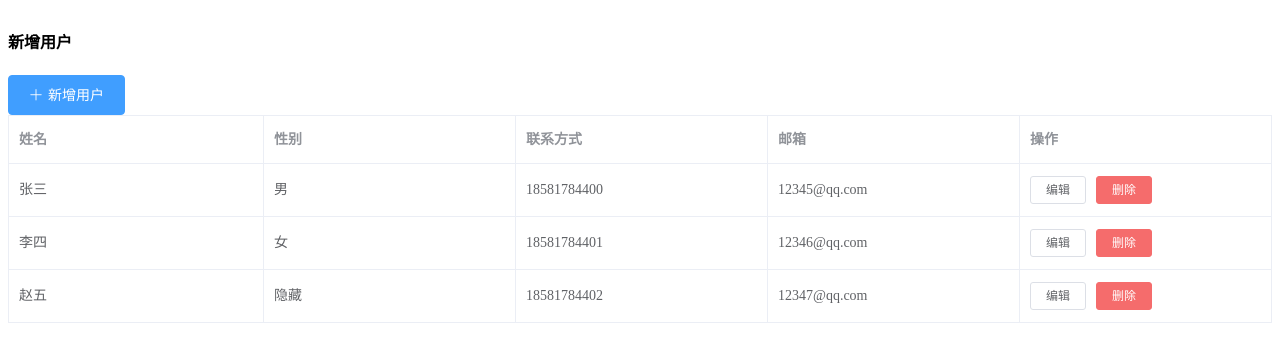
Repository: xinwuhao/New-user
Page: /
An editor plug-in stored every save of this project. The page is shown before and after the next save, followed by the edit.
The browser window is 1280 px wide. The pictures show the whole page.
The project was rebuilt for these pictures with package versions that can differ from the ones it lists, and the page was loaded fresh each time.

Above is the page before, as saved 2021-12-21 15:55:49.

### src/main.js
import Vue from 'vue'
import App from './App.vue'
import router from './router'
import store from './store'
import ElementUI from 'element-ui';
import 'element-ui/lib/theme-chalk/index.css';

Vue.use(ElementUI);
Vue.config.productionTip = false

new Vue({
  router,
  store,
  el: '#app',
  render: h => h(App)
}).$mount('#app')

### src/views/Home.vue
<template>
  <div class="container">
    <div class="content">
      <h4>新增用户</h4>
      <div>
        <el-button
          type="primary"
          icon="el-icon-plus"
          @click="dialogVisible = true"
          >新增用户</el-button
        >
        <el-dialog title="提示" :visible.sync="dialogVisible" width="30%">
          <el-form
            :model="ruleForm"
            :rules="rules"
            ref="ruleForm"
            label-width="100px"
            class="demo-ruleForm"
          >
            <el-form-item label="名称" prop="name">
              <el-input v-model="ruleForm.name"></el-input>
            </el-form-item>
            <el-form-item label="性别" prop="sex">
              <el-radio-group
                v-model="ruleForm.sex"
                v-for="(item, index) in sex"
                :key="index"
              >
                <el-radio :label="item" style="margin-right: 10px"></el-radio>
              </el-radio-group>
            </el-form-item>
            <el-form-item label="手机号码" prop="contact">
              <el-input v-model="ruleForm.contact"></el-input>
            </el-form-item>
            <el-form-item label="邮箱" prop="mailbox">
              <el-input v-model="ruleForm.mailbox"></el-input>
            </el-form-item>
            <el-form-item>
              <el-button type="primary" @click="submitForm('ruleForm')"
                >立即新增</el-button
              >
              <el-button @click="resetForm('ruleForm')">取消</el-button>
            </el-form-item>
          </el-form>
        </el-dialog>
      </div>
      <!-- 用户列表 -->
      <div>
        <el-table :data="list" border style="width: 100%">
          <el-table-column prop="name" label="姓名"> </el-table-column>
          <el-table-column prop="sex" label="性别"> </el-table-column>
          <el-table-column prop="contact" label="联系方式"> </el-table-column>
          <el-table-column prop="mailbox" label="邮箱"> </el-table-column>
          <el-table-column label="操作">
            <template slot-scope="scope">
              <el-button
                size="mini"
                @click="Edit(scope.$index, scope.row)"
                >编辑</el-button
              >
              <el-button
                size="mini"
                type="danger"
                @click="Delete(scope.$index, scope.row)"
                >删除</el-button
              >
            </template>
          </el-table-column>
        </el-table>
      </div>
    </div>
  </div>
</template>

<script>
//引入子组件

export default {
  name: "",
  props: {},
  data() {
    return {
      dialogVisible: false,
      list: [
        {
          name: "张三",
          sex: "男",
          contact: "18581784400",
          mailbox: "12345@qq.com",
        },
        {
          name: "李四",
          sex: "女",
          contact: "18581784401",
          mailbox: "12346@qq.com",
        },
        {
          name: "赵五",
          sex: "隐藏",
          contact: "18581784402",
          mailbox: "12347@qq.com",
        },
      ],
      sex: ["隐藏", "男", "女"],
      ruleForm: {
        name: "",
        sex: "",
        contact: "",
        mailbox: "",
      },
      rules: {
        name: [
          { required: true, message: "请输入用户名称", trigger: "blur" },
          { min: 1, max: 5, message: "长度在 1 到 5 个字符", trigger: "blur" },
        ],
        contact: [
          { required: true, message: "请输入手机号码", trigger: "blur" },
          { min: 11, max: 11, message: "输入的手机号码有误", trigger: "blur" },
          {
            pattern:
              /^(?:(?:\+|00)86)?1(?:(?:3[\d])|(?:4[5-79])|(?:5[0-35-9])|(?:6[5-7])|(?:7[0-8])|(?:8[\d])|(?:9[189]))\d{8}$/,
            message: "输入的手机号码有误",
            trigger: "blur",
          },
        ],
        mailbox: [
          { required: true, message: "请输入邮箱", trigger: "blur" },
          {
            pattern:
              /^(([^<>()[\]\\.,;:\s@"]+(\.[^<>()[\]\\.,;:\s@"]+)*)|(".+"))@((\[[0-9]{1,3}\.[0-9]{1,3}\.[0-9]{1,3}\.[0-9]{1,3}\])|(([a-zA-Z\-0-9]+\.)+[a-zA-Z]{2,}))$/,
            message: "输入的邮箱有误",
            trigger: "blur",
          },
        ],
        sex: [{ required: true, message: "性别", trigger: "change" }],
      },
    };
  },
  components: {},
  methods: {
    //表单创建按钮
    submitForm(formName) {
      this.$refs[formName].validate((valid) => {
        if (valid) {
          this.$message.success("新增成功");
          this.dialogVisible = false;
          this.list.unshift(this.ruleForm);
          console.log(this.list);
        } else {
          this.$message.error("您还有信息没有填写或者填写的信息有误");
          return false;
        }
      });
    },
    //表单取消按钮
    resetForm(formName) {
      this.$refs[formName].resetFields();
      this.dialogVisible = false;
    },
    //
  },
  mounted() {},
  computed: {},
  watch: {},
};
</script>

<style lang='scss' scoped>
.container {
  display: flex;
  justify-content: center;
}
.content {
  width: 1450px;
  /* 注意适配的宽度必须大于最小适配宽度 */
}
.flex {
  display: flex;
}
</style>

Loaded but not shown: public/index.html (common file); src/App.vue (common file); src/router/index.js (common file); src/store/index.js (common file)

After the next save:
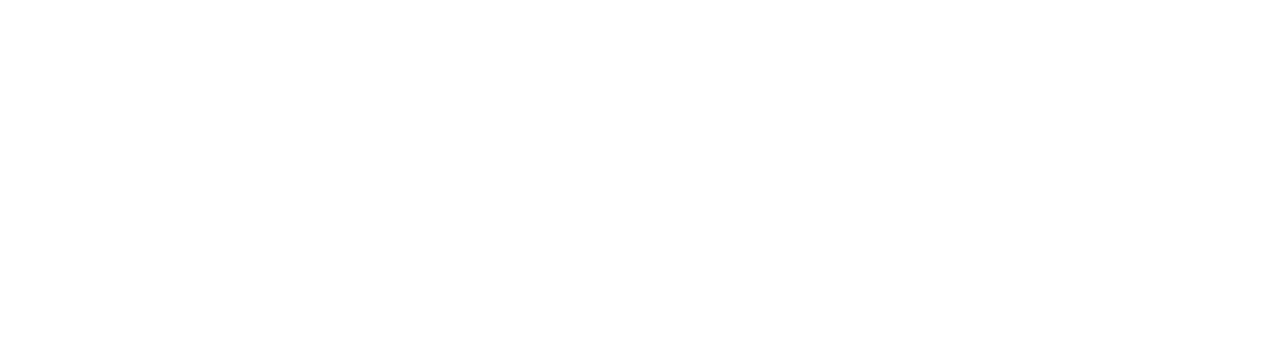
Console error: ReferenceError: Edit is not defined
Saved 8 s later.
--- a/src/views/Home.vue
+++ b/src/views/Home.vue
@@ -158,6 +158,7 @@
       this.dialogVisible = false;
     },
     //
+    Edit
   },
   mounted() {},
   computed: {},

After the save that followed:
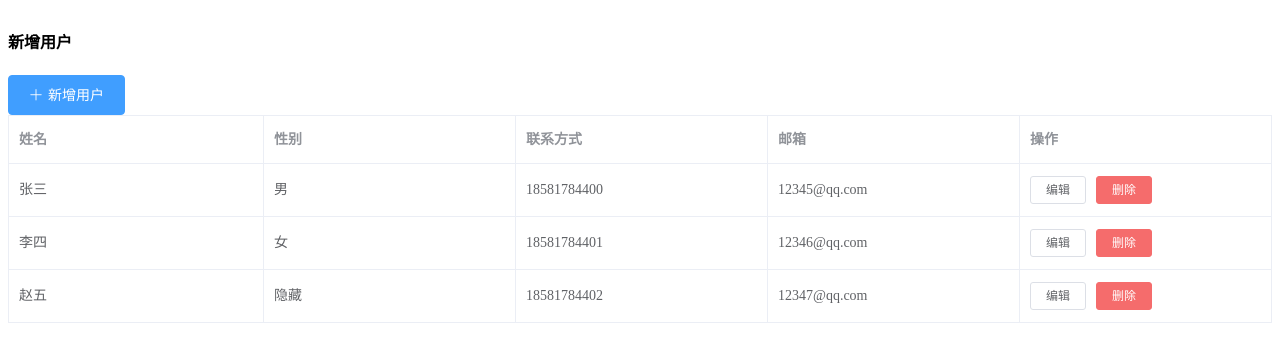
The error is gone.
Saved 4 s later.
--- a/src/views/Home.vue
+++ b/src/views/Home.vue
@@ -158,7 +158,7 @@
       this.dialogVisible = false;
     },
     //
-    Edit
+    Edit(){}
   },
   mounted() {},
   computed: {},
